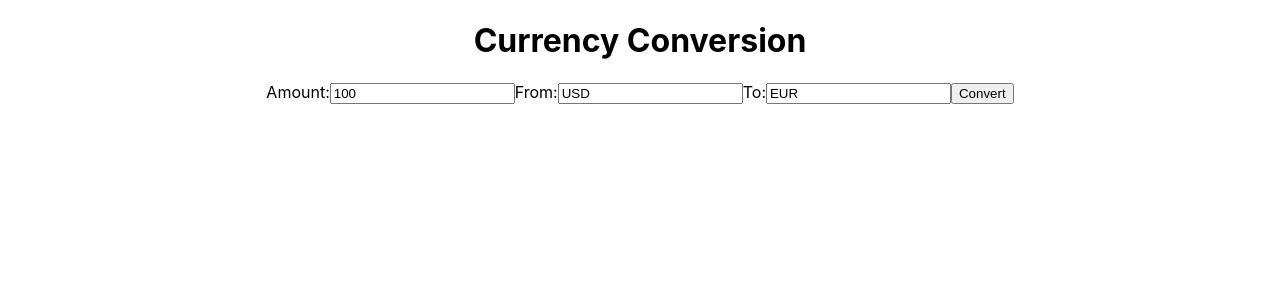
Repository: Atanu484/PlayTech-DevOps-Assignment
Page: / (app in currency-conversion-frontend/)
An editor plug-in stored every save of this project. The page is shown before and after a run of saves, followed by the edit.
The browser window is 1280 px wide. The pictures show the whole page.
The project was rebuilt for these pictures with package versions that can differ from the ones it lists, and the page was loaded fresh each time.

Above is the page before, as saved 2023-03-26 21:44:16.

After the next 2 saves:
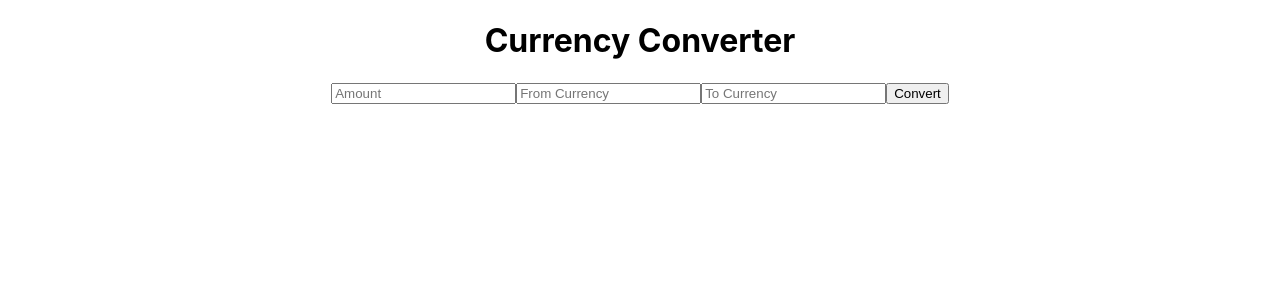
The 2 saves are shown as one change because 1 did not build or start.
The last was saved 96 min 58 s later.
--- a/currency-conversion-frontend/src/App.js
+++ b/currency-conversion-frontend/src/App.js
@@ -3,19 +3,24 @@ import axios from 'axios';
 import './App.css';
 
 function App() {
-  const [amount, setAmount] = useState(100);
-  const [fromCurrency, setFromCurrency] = useState('USD');
-  const [toCurrency, setToCurrency] = useState('EUR');
-  const [results, setResults] = useState([]);
+  const [amount, setAmount] = useState('');
+  const [fromCurrency, setFromCurrency] = useState('');
+  const [toCurrency, setToCurrency] = useState('');
+  const [conversionResult, setConversionResult] = useState(null);
 
   const handleSubmit = async (e) => {
     e.preventDefault();
 
     try {
-      const response = await axios.get('http://localhost:8080/currency-conversion', {
-        params: { amount, fromCurrency, toCurrency },
+      const response = await axios.get('http://localhost:8080/convert', {
+        params: {
+          amount,
+          fromCurrency,
+          toCurrency,
+        },
       });
-      setResults(response.data);
+
+      setConversionResult(response.data);
     } catch (error) {
       console.error('Error fetching conversion data:', error);
     }
@@ -23,43 +28,60 @@ function App() {
 
   return (
     <div className="App">
-      <h1>Currency Conversion</h1>
+      <h1>Currency Converter</h1>
       <form onSubmit={handleSubmit}>
-        <label>
-          Amount:
-          <input type="number" value={amount} onChange={(e) => setAmount(e.target.value)} />
-        </label>
-        <label>
-          From:
-          <input type="text" value={fromCurrency} onChange={(e) => setFromCurrency(e.target.value)} />
-        </label>
-        <label>
-          To:
-          <input type="text" value={toCurrency} onChange={(e) => setToCurrency(e.target.value)} />
-        </label>
+        <input
+          type="number"
+          placeholder="Amount"
+          value={amount}
+          onChange={(e) => setAmount(e.target.value)}
+        />
+        <input
+          type="text"
+          placeholder="From Currency"
+          maxLength="3"
+          value={fromCurrency}
+          onChange={(e) => setFromCurrency(e.target.value.toUpperCase())}
+        />
+        <input
+          type="text"
+          placeholder="To Currency"
+          maxLength="3"
+          value={toCurrency}
+          onChange={(e) => setToCurrency(e.target.value.toUpperCase())}
+        />
         <button type="submit">Convert</button>
       </form>
-      {results.length > 0 && (
-        <table>
-          <thead>
-            <tr>
-              <th>Intermediary Currency</th>
-              <th>From -> Intermediary</th>
-              <th>Intermediary -> To</th>
-              <th>Final Amount</th>
-            </tr>
-          </thead>
-          <tbody>
-            {results.map((result, index) => (
-              <tr key={index}>
-                <td>{result.intermediaryCurrency}</td>
-                <td>{result.fromCurrencyToIntermediaryRate.toFixed(4)}</td>
-                <td>{result.intermediaryToToCurrencyRate.toFixed(4)}</td>
-                <td>{result.finalAmount.toFixed(2)}</td>
+      {conversionResult && (
+        <div>
+          <h2>Conversion Results</h2>
+          <p>
+            Most Profitable for Client: {conversionResult.mostProfitableForClient.intermediaryCurrency} -{' '}
+            {conversionResult.mostProfitableForClient.convertedAmount}
+          </p>
+          <p>
+            Most Profitable for Service: {conversionResult.mostProfitableForService.intermediaryCurrency} -{' '}
+            {conversionResult.mostProfitableForService.convertedAmount}
+          </p>
+          <table>
+            <thead>
+              <tr>
+                <th>Intermediary Currency</th>
+                <th>Converted Amount</th>
+                <th>Profit</th>
               </tr>
-            ))}
-          </tbody>
-        </table>
+            </thead>
+            <tbody>
+              {conversionResult.conversions.map((conversion, index) => (
+                <tr key={index}>
+                  <td>{conversion.intermediaryCurrency}</td>
+                  <td>{conversion.convertedAmount}</td>
+                  <td>{conversion.profit}</td>
+                </tr>
+              ))}
+            </tbody>
+          </table>
+        </div>
       )}
     </div>
   );
